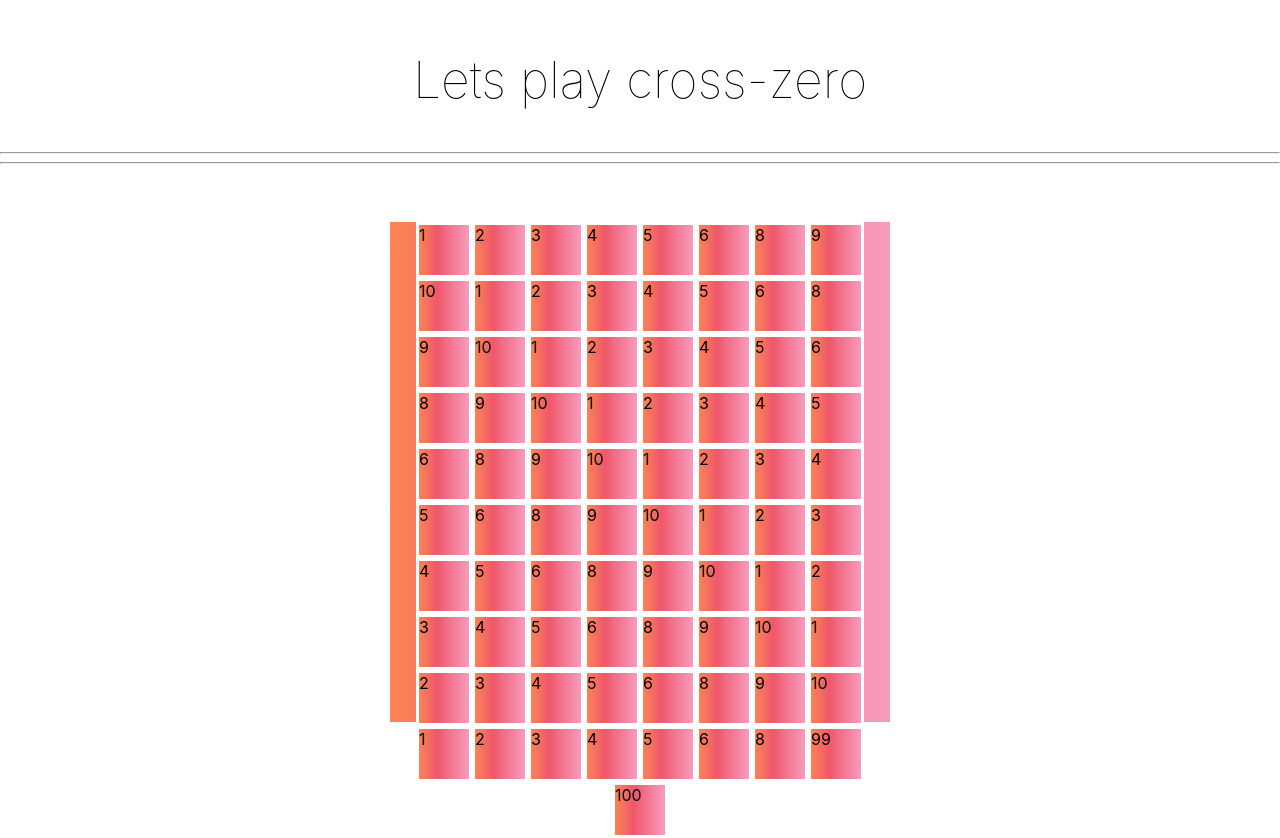
Repository: PGVlasov/cross-zero-game
Page: /
An editor plug-in stored every save of this project. The page is shown before and after the next save, followed by the edit.
The browser window is 1280 px wide. The pictures show the whole page.
The project was rebuilt for these pictures with package versions that can differ from the ones it lists, and the page was loaded fresh each time. Also part of the build but not shown: webpack.config.js, src/Containers/Field/Field.module.css, src/Containers/Field/Field.js.

Above is the page before, as saved 2020-11-29 13:57:54.

### src/App.js
import Field from "./Containers/Field/Field";
import Field1 from "./Containers/Field/Field1";
import { Header } from "./Containers/Header/Header";

function App() {
  return (
    <div>
      <Header />
      <hr />
      <hr />
      <Field1 />
    </div>
  );
}

export default App;

### src/Containers/Field/Field1.js
import { render } from "@testing-library/react";
import React from "react";
import classes from "./Field1.module.css";

class Field1 extends React.Component {
  constructor(props) {
    super(props);
    this.state = {};

    // Привязка необходима, чтобы сделать this доступным в коллбэке
    this.onSetCross = this.onSetCross.bind(this);
    this.onSetZero = this.onSetZero.bind(this);
  }

  onSetCross() {}

  onSetZero() {}

  render() {
    return (
      <div className={classes.conteiner}>
        <div className={classes.Field1}>
          <div className={classes.table}>1</div>
          <div className={classes.table}>2</div>
          <div className={classes.table}>3</div>
          <div className={classes.table}>4</div>
          <div className={classes.table}>5</div>
          <div className={classes.table}>6</div>
          <div className={classes.table}>8</div>
          <div className={classes.table}>9</div>
          <div className={classes.table}>10</div>
          <div className={classes.table}>1</div>
          <div className={classes.table}>2</div>
          <div className={classes.table}>3</div>
          <div className={classes.table}>4</div>
          <div className={classes.table}>5</div>
          <div className={classes.table}>6</div>
          <div className={classes.table}>8</div>
          <div className={classes.table}>9</div>
          <div className={classes.table}>10</div>
          <div className={classes.table}>1</div>
          <div className={classes.table}>2</div>
          <div className={classes.table}>3</div>
          <div className={classes.table}>4</div>
          <div className={classes.table}>5</div>
          <div className={classes.table}>6</div>
          <div className={classes.table}>8</div>
          <div className={classes.table}>9</div>
          <div className={classes.table}>10</div>
          <div className={classes.table}>1</div>
          <div className={classes.table}>2</div>
          <div className={classes.table}>3</div>
          <div className={classes.table}>4</div>
          <div className={classes.table}>5</div>
          <div className={classes.table}>6</div>
          <div className={classes.table}>8</div>
          <div className={classes.table}>9</div>
          <div className={classes.table}>10</div>
          <div className={classes.table}>1</div>
          <div className={classes.table}>2</div>
          <div className={classes.table}>3</div>
          <div className={classes.table}>4</div>
          <div className={classes.table}>5</div>
          <div className={classes.table}>6</div>
          <div className={classes.table}>8</div>
          <div className={classes.table}>9</div>
          <div className={classes.table}>10</div>
          <div className={classes.table}>1</div>
          <div className={classes.table}>2</div>
          <div className={classes.table}>3</div>
          <div className={classes.table}>4</div>
          <div className={classes.table}>5</div>
          <div className={classes.table}>6</div>
          <div className={classes.table}>8</div>
          <div className={classes.table}>9</div>
          <div className={classes.table}>10</div>
          <div className={classes.table}>1</div>
          <div className={classes.table}>2</div>
          <div className={classes.table}>3</div>
          <div className={classes.table}>4</div>
          <div className={classes.table}>5</div>
          <div className={classes.table}>6</div>
          <div className={classes.table}>8</div>
          <div className={classes.table}>9</div>
          <div className={classes.table}>10</div>
          <div className={classes.table}>1</div>
          <div className={classes.table}>2</div>
          <div className={classes.table}>3</div>
          <div className={classes.table}>4</div>
          <div className={classes.table}>5</div>
          <div className={classes.table}>6</div>
          <div className={classes.table}>8</div>
          <div className={classes.table}>9</div>
          <div className={classes.table}>10</div>
          <div className={classes.table}>1</div>
          <div className={classes.table}>2</div>
          <div className={classes.table}>3</div>
          <div className={classes.table}>4</div>
          <div className={classes.table}>5</div>
          <div className={classes.table}>6</div>
          <div className={classes.table}>8</div>
          <div className={classes.table}>99</div>
          <div className={classes.table}>100</div>
        </div>
      </div>
    );
  }
}

export default Field1;

### src/Containers/Header/Header.js
import classes from "./Header.module.css";
import React from "react";

export const Header = () => {
  return (
    <div>
      <h2 className={classes.Header}>Lets play cross-zero</h2>
    </div>
  );
};

### src/Containers/Field/Field1.module.css
.Field1 {
  width: 500px;
  height: 500px;
  max-width: 500px;
  display: flex;
  justify-content: center;
  margin-top: 50px;
  font-size: 500;
  background: linear-gradient(90deg, #fb8355 0%, #f0576c 37%, #f79cbd 100%);
  align-items: center;
  flex-wrap: wrap;
}

.table {
  width: 50px;
  height: 50px;
  font-size: 500;
  border: white 3px solid;
  background: linear-gradient(90deg, #fb8355 0%, #f0576c 37%, #f79cbd 100%);
}

.conteiner {
  display: flex;
  justify-content: center;
}

### src/Containers/Header/Header.module.css
.Header {
  display: flex;
  justify-content: center;
  margin-top: 50px;
  font-size: 50px;
  font-weight: 100;
}

Loaded but not shown: public/index.html (common file); src/index.js (common file); src/index.css (common file); src/reportWebVitals.js (common file)

After the next save:
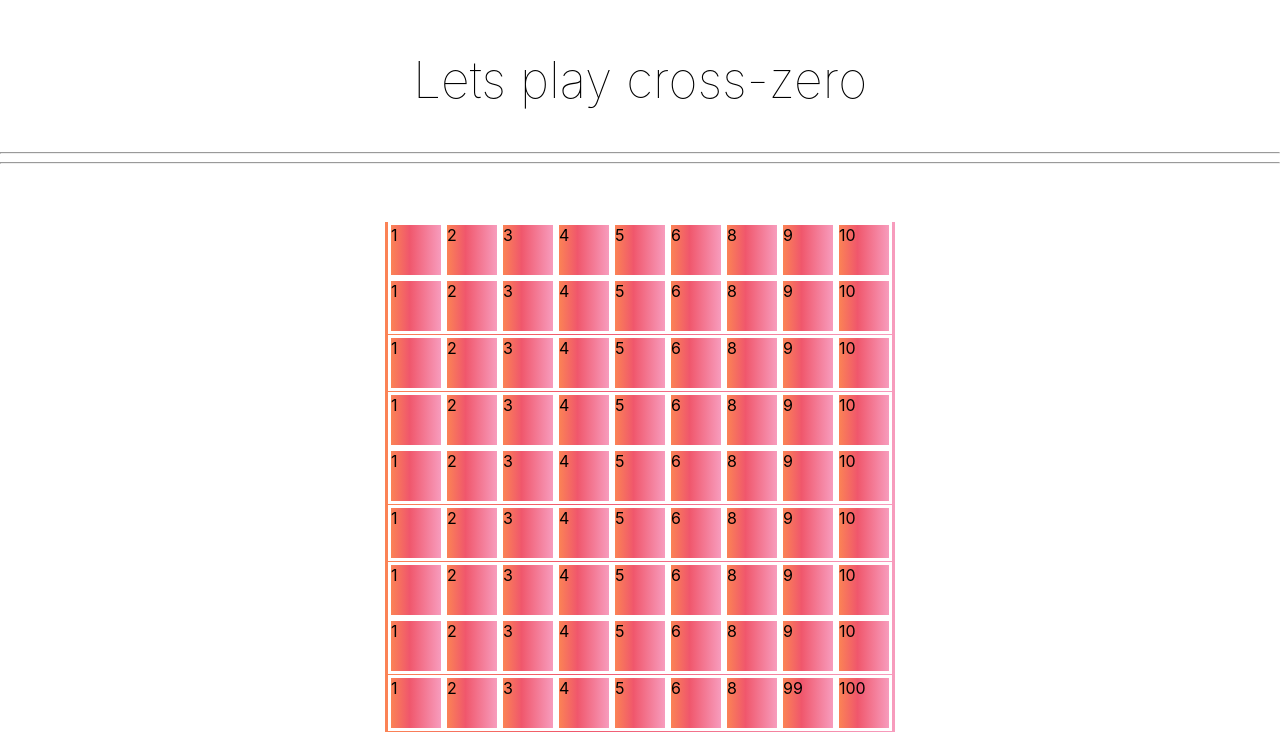
Saved 17 s later.
--- a/src/Containers/Field/Field1.module.css
+++ b/src/Containers/Field/Field1.module.css
@@ -1,7 +1,7 @@
 .Field1 {
-  width: 500px;
-  height: 500px;
-  max-width: 500px;
+  width: 510px;
+  height: 510px;
+  max-width: 510px;
   display: flex;
   justify-content: center;
   margin-top: 50px;
